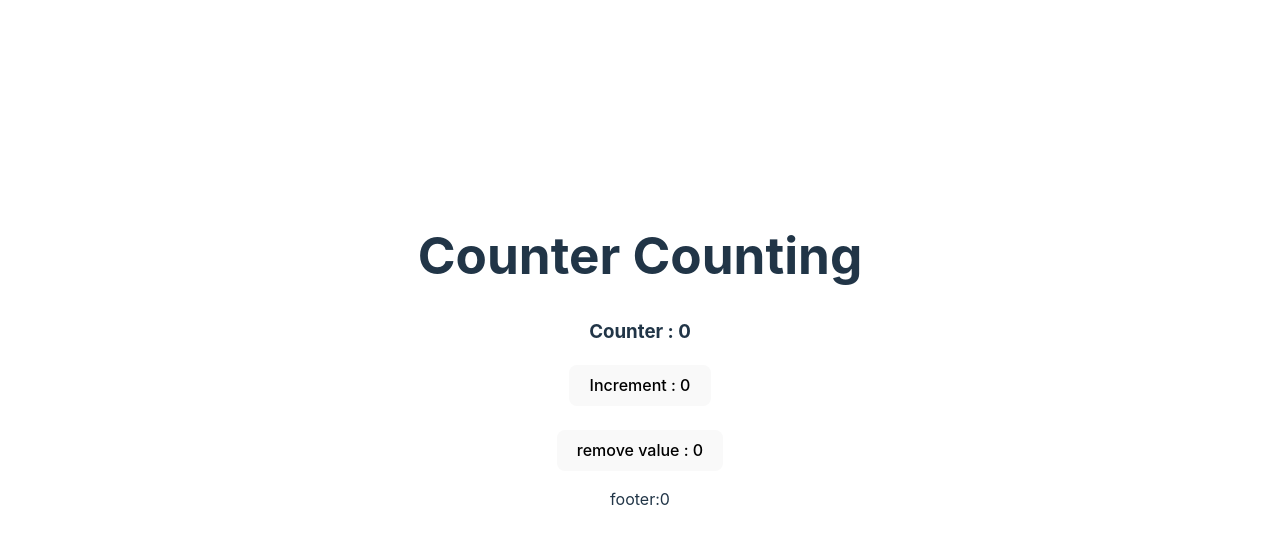
Repository: ARUN-YERRAM/REACTLEARNING
Page: / (app in 02counter/)
The author's editor kept a copy of each file at every save. The page is drawn from the files as they stood at one save, then again after the next save.
The browser window is 1280 px wide. The pictures show the whole page.
The project was rebuilt for these pictures with package versions that can differ from the ones it lists, and the page was loaded fresh each time. Also part of the build but not shown: 02counter/vite.config.js.

Above is the page before, as saved 2024-09-16 15:56:08.

After the next save:
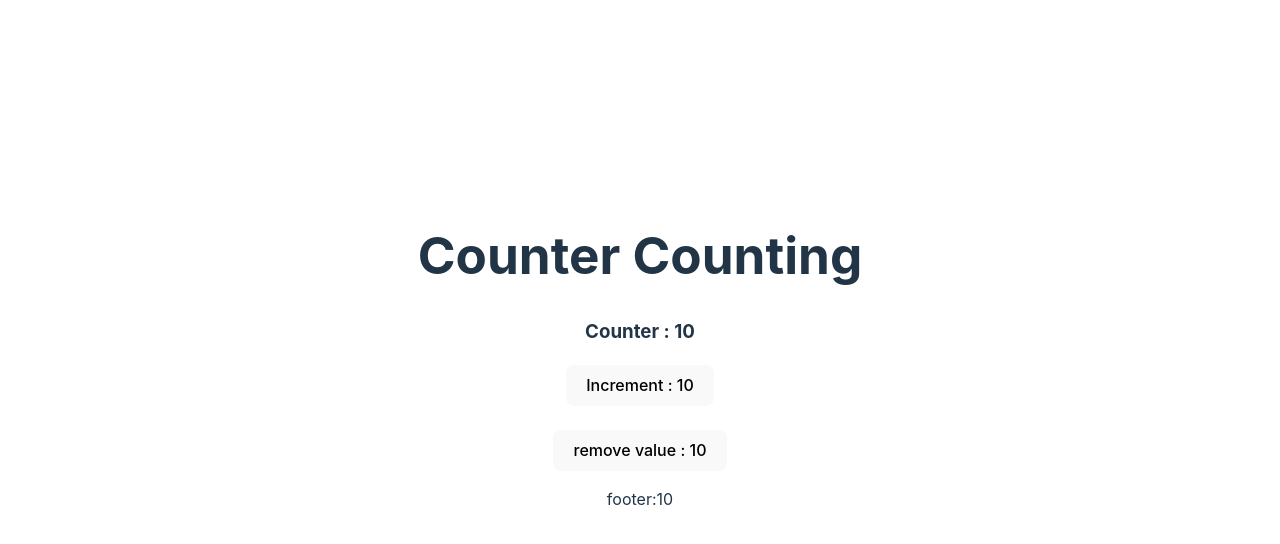
Saved 114 s later.
--- a/02counter/src/App.jsx
+++ b/02counter/src/App.jsx
@@ -1,25 +1,28 @@
-import { useState } from 'react'
+// import { useState } from 'react'
 // import reactLogo from './assets/react.svg'
 // import viteLogo from '/vite.svg'
 import './App.css'
 
 function App() {
-  // let counter = 10;
+  let counter = 10;
 
-  const [counter,setCounter] = useState(0);
+  // const [counter,setCounter] = useState(0);
 
   const addValue = () => {
     console.log("Value added:",{counter},Math.random())
-    setCounter(counter+1);
+    // setCounter(counter+1);
+    counter--;
   }
   const removeValue = () => {
     if(counter > 0){
     console.log("Value decreased:",{counter})
-    setCounter(counter-1);
+    // setCounter(counter-1);
+    counter--;
     } else {
       console.log("Count can't be negative");
-      setCounter(counter+1);
+      // setCounter(counter+1);
       // break;
+      counter++;
     }
   }
 
